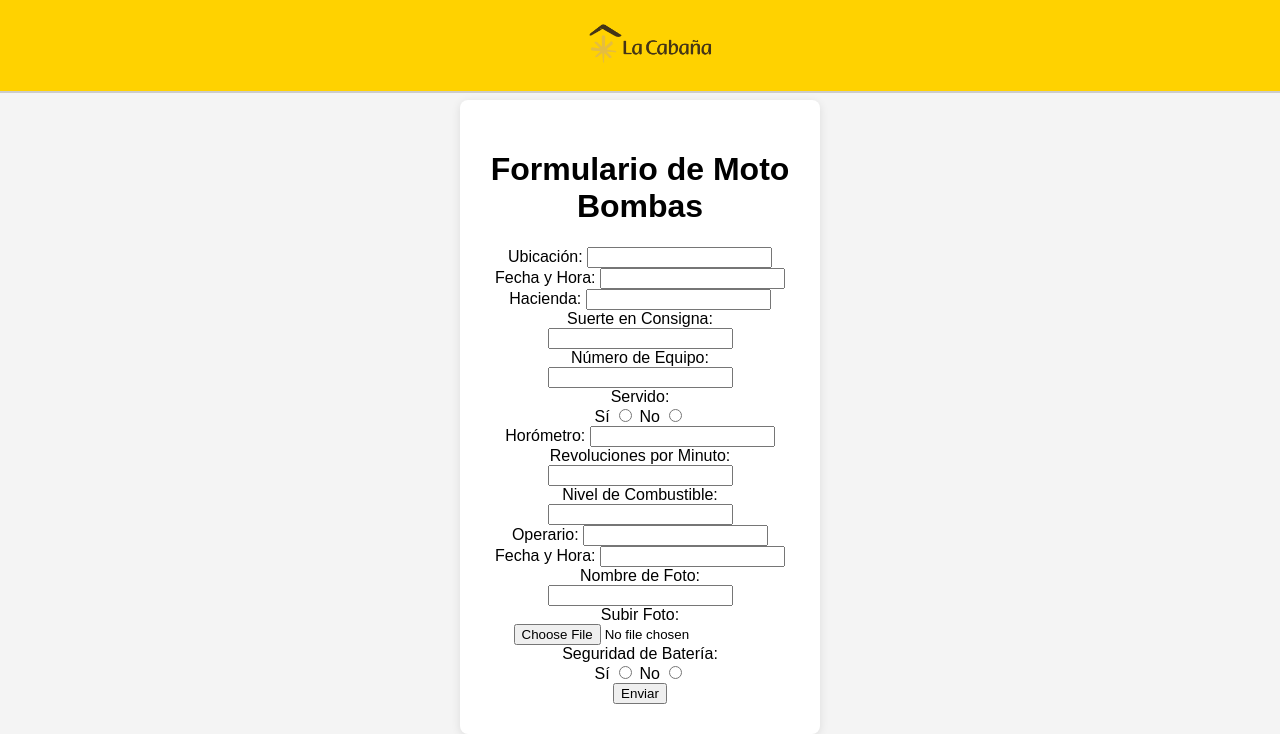
Repository: tayuanlogua/prototipo-de-control-de-accesos
Page: Patrullas/src/transformadores.html
The author's editor kept a copy of each file at every save. The page is drawn from the files as they stood at one save, then again after the next save.
The browser window is 1280 px wide. The pictures show the whole page.

Above is the page before, as saved 2024-08-20 15:41:52.
Console error: TypeError: Cannot read properties of null (reading 'addEventListener')

### Patrullas/src/transformadores.html
<!DOCTYPE html>
<html lang="es">
  <head>
    <meta charset="UTF-8" />
    <meta name="viewport" content="width=device-width, initial-scale=1.0" />
    <title>Formulario de transformadores</title>
    <link rel="stylesheet" href="styles.css" />
    <script defer src="transformadores.js"></script>
  </head>
  <body>
    <header class="header">
      <img src="imagenes/LOGO.png" alt="Logo" class="logo login-logo" />
    </header>
    <div class="login-container">
      <h1>Formulario de Moto Bombas</h1>
      <form id="motobombas-form" enctype="multipart/form-data">
        <div class="form-group">
          <label for="ubicacion">Ubicación:</label>
          <input type="text" id="ubicacion" name="ubicacion" required />
        </div>

        <div class="form-group">
          <label for="date-time">Fecha y Hora:</label>
          <input type="text" id="date-time" name="date-time" readonly />
        </div>

        <div class="form-group">
          <label for="hacienda">Hacienda:</label>
          <input type="text" id="hacienda" name="hacienda" required />
        </div>

        <div class="form-group">
          <label for="suerte">Suerte en Consigna:</label>
          <input type="text" id="suerte" name="suerte" required />
        </div>

        <div class="form-group">
          <label for="numero-equipo">Número de Equipo:</label>
          <input type="text" id="numero-equipo" name="numero-equipo" required />
        </div>

        <div class="form-group">
          <label>Servido:</label>
          <div class="radio-group">
            <label for="servido-si">Sí</label>
            <input
              type="radio"
              id="servido-si"
              name="servido"
              value="Sí"
              required
            />
            <label for="servido-no">No</label>
            <input
              type="radio"
              id="servido-no"
              name="servido"
              value="No"
              required
            />
          </div>
        </div>

        <div class="form-group">
          <label for="horometro">Horómetro:</label>
          <input type="text" id="horometro" name="horometro" required />
        </div>

        <div class="form-group">
          <label for="revoluciones">Revoluciones por Minuto:</label>
          <input type="text" id="revoluciones" name="revoluciones" required />
        </div>

        <div class="form-group">
          <label for="nivel-combustible">Nivel de Combustible:</label>
          <input
            type="text"
            id="nivel-combustible"
            name="nivel-combustible"
            required
          />
        </div>

        <div class="form-group">
          <label for="operario">Operario:</label>
          <input type="text" id="operario" name="operario" required />
        </div>

        <div class="form-group">
          <label for="focha">Fecha y Hora:</label>
          <input type="text" id="focha" name="focha" required />
        </div>

        <div class="form-group">
          <label for="nombre-foto">Nombre de Foto:</label>
          <input type="text" id="nombre-foto" name="nombre-foto" required />
        </div>

        <div class="form-group">
          <label for="foto">Subir Foto:</label>
          <input type="file" id="foto" name="foto" accept="image/*" />
        </div>
        <div class="form-group">
          <label>Seguridad de Batería:</label>
          <div class="radio-group">
            <label for="bateria-si">Sí</label>
            <input
              type="radio"
              id="bateria-si"
              name="bateria"
              value="Sí"
              required
            />
            <label for="bateria-no">No</label>
            <input
              type="radio"
              id="bateria-no"
              name="bateria"
              value="No"
              required
            />
          </div>
        </div>

        <button type="submit">Enviar</button>
      </form>
    </div>
  </body>
</html>

### Patrullas/src/styles.css
/* Estilos generales para el body */
body {
  font-family: Arial, sans-serif;
  background-color: #f4f4f4;
  margin: 0;
  padding: 0;
  display: flex;
  flex-direction: column;
  align-items: center;
  justify-content: center;
  min-height: 100vh;
  text-align: center;
}

/* Estilos para el header */
header,
.header {
  background-color: #ffd200; /* Fondo amarillo */
  color: white;
  padding: 20px 10px; /* Corregido el padding */
  width: 100%;
  text-align: center;
  position: fixed;
  top: 0;
  left: 0;
  z-index: 1000;
  border-bottom: 2px solid #ccc;
}

/* Estilo para el logo en el header general */
.logo img {
  width: 100px; /* Ajuste del tamaño del logo general */
  margin-bottom: 10px;
}

/* Estilo para el logo en el formulario de inicio de sesión */
.login-logo {
  width: 130px; /* Tamaño reducido del logo solo en el formulario de inicio de sesión */
}

/* Estilos para el contenedor de login */
.login-container {
  background-color: #fff;
  padding: 30px;
  border-radius: 8px;
  box-shadow: 0 2px 10px rgba(0, 0, 0, 0.1);
  margin-top: 100px; /* Aumentado el margen superior */
  text-align: center;
  width: 300px;
}

/* Estilos para el formulario de inicio de sesión */
#login-form {
  display: flex;
  flex-direction: column;
  gap: 15px;
}

#login-form label {
  font-weight: bold;
  color: #333;
}

#login-form input {
  padding: 10px;
  border: 1px solid #ddd;
  border-radius: 4px;
  font-size: 16px;
}

#login-form button {
  padding: 10px;
  background-color: #ffd200;
  color: white;
  border: none;
  border-radius: 4px;
  cursor: pointer;
  font-size: 16px;
  transition: background-color 0.3s ease; /* Transición para el hover */
}

#login-form button:hover {
  background-color: #003399;
}

/* Contenedor central para los iconos */
.iconos-container {
  display: flex;
  justify-content: center;
  align-items: center;
  flex-wrap: wrap;
  margin-top: 120px; /* Mantener este margen superior */
}

/* Estilos para el contenedor de cada icono */
.icono {
  background-color: white;
  padding: 20px;
  border-radius: 10px;
  box-shadow: 0 2px 5px rgba(0, 0, 0, 0.1);
  width: 150px;
  margin: 20px; /* Mantener el margen */
  text-align: center;
  vertical-align: top;
  border: 3px solid #ffd200; /* Borde amarillo para cada icono */
}

.icono img {
  width: 80px;
  height: 80px;
  border-radius: 10px;
}

.icono p {
  margin-top: 10px;
  font-weight: bold;
  color: #333;
  font-size: 16px;
}

.icono a {
  text-decoration: none;
  color: inherit;
  display: block;
  font-size: 16px;
  font-weight: bold;
}

.icono a:hover {
  color: #003399; /* Ajustado el color hover */
}

/* Ajuste de la posición del formulario */
.form-container {
  width: 80%;
  max-width: 800px;
  padding: 20px;
  background-color: #fff;
  border-radius: 8px;
  box-shadow: 0 0 10px rgba(0, 0, 0, 0.1);
  text-align: center;
  margin-top: 40px; /* Mantener el margen superior */
}

/* Estilos para el formulario de actividades propias */
.activities-form {
  display: flex;
  flex-direction: column; /* Coloca los enlaces uno debajo del otro */
  align-items: center; /* Centra los enlaces horizontalmente */
  gap: 15px; /* Espacio entre los enlaces */
  margin-top: 50px; /* Margen superior para alejar los enlaces del header */
}

.activities-form a {
  display: block;
  padding: 15px;
  background-color: #ffd200; /* Fondo amarillo */
  color: white;
  text-decoration: none;
  border-radius: 4px;
  font-size: 18px;
  font-weight: bold;
  transition: background-color 0.3s ease, color 0.3s ease;
  width: 300px; /* Ancho fijo para los enlaces */
  text-align: center; /* Centra el texto dentro del enlace */
}

.activities-form a:hover {
  background-color: #5c2805; /* Fondo azul oscuro en hover */
  color: white; /* Color del texto en hover */
}

### Patrullas/src/transformadores.js
document.addEventListener("DOMContentLoaded", function () {
  const form = document.getElementById("transformadores-form");
  const dateTimeField = document.getElementById("date-time");

  form.addEventListener("submit", function (event) {
    // Obtener la fecha y hora actuales
    const now = new Date();
    const formattedDateTime = now.toLocaleString(); // Puedes ajustar el formato según tus necesidades

    // Asignar la fecha y hora al campo oculto
    dateTimeField.value = formattedDateTime;

    // Opcional: Puedes evitar el envío del formulario para pruebas
    // event.preventDefault();
  });
});

After the next save:
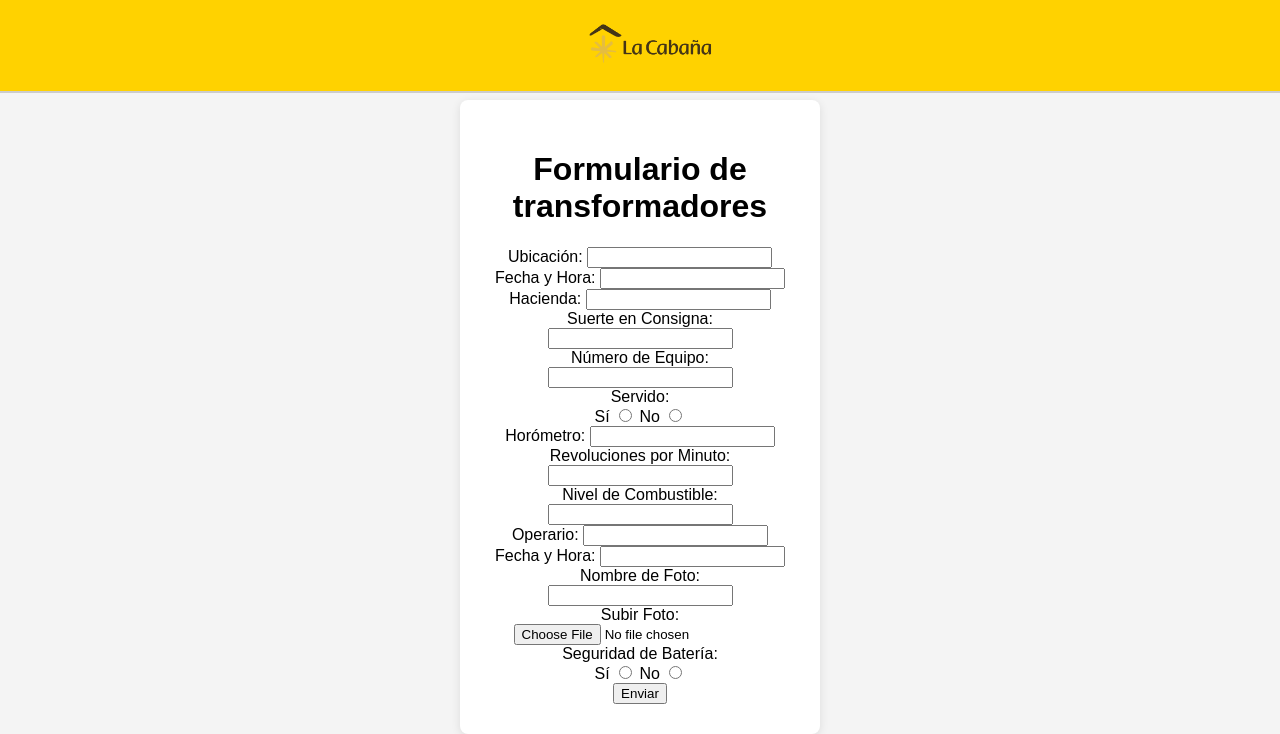
Saved 35 s later.
--- a/Patrullas/src/transformadores.html
+++ b/Patrullas/src/transformadores.html
@@ -12,7 +12,7 @@
       <img src="imagenes/LOGO.png" alt="Logo" class="logo login-logo" />
     </header>
     <div class="login-container">
-      <h1>Formulario de Moto Bombas</h1>
+      <h1>Formulario de transformadores</h1>
       <form id="motobombas-form" enctype="multipart/form-data">
         <div class="form-group">
           <label for="ubicacion">Ubicación:</label>
